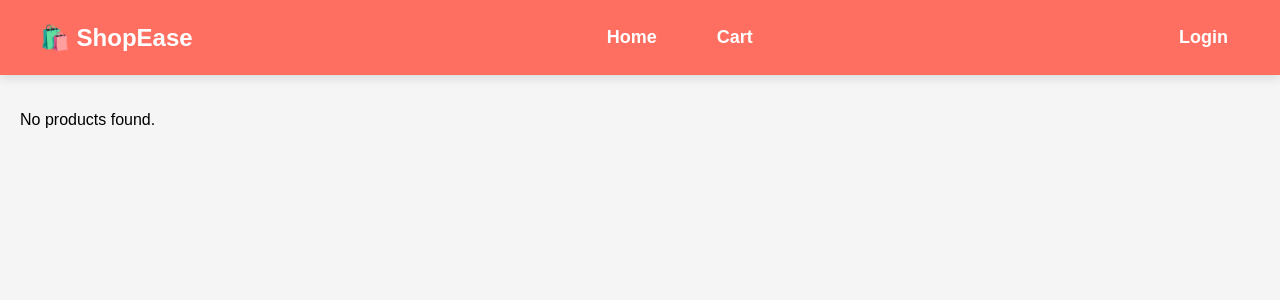
Repository: Hitesh8980/shop
Page: / (app in ecommerce-frontend/)
An editor plug-in stored every save of this project. The page is shown before and after the next save, followed by the edit.
The browser window is 1280 px wide. The pictures show the whole page.
The page's requests for data from a server got no answer. The project was rebuilt for these pictures with package versions that can differ from the ones it lists, and the page was loaded fresh each time. No one was signed in, and anything a server would have sent is missing. Also part of the build but not shown: ecommerce-frontend/vite.config.js, ecommerce-frontend/src/pages/Cart.jsx, ecommerce-frontend/src/utils/api.js, ecommerce-frontend/src/utils/razorpay.js, ecommerce-frontend/src/utils/auth.js, ecommerce-frontend/src/pages/Checkout.jsx, ecommerce-frontend/src/pages/Login.jsx, ecommerce-frontend/src/components/ProtectedRoute.jsx and 1 more.

Above is the page before, as saved 2025-03-18 21:06:54.

After the next save:
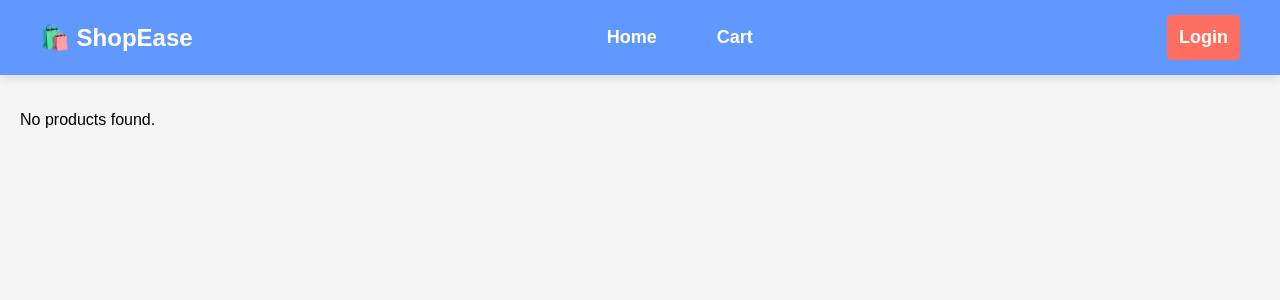
Saved 17 s later.
--- a/ecommerce-frontend/src/index.css
+++ b/ecommerce-frontend/src/index.css
@@ -13,7 +13,7 @@ body {
   justify-content: space-between;
   align-items: center;
   padding: 15px 40px;
-  background: #ff6f61;
+  background: #6198ff;
   color: white;
   box-shadow: 0px 4px 10px rgba(0, 0, 0, 0.1);
 }
